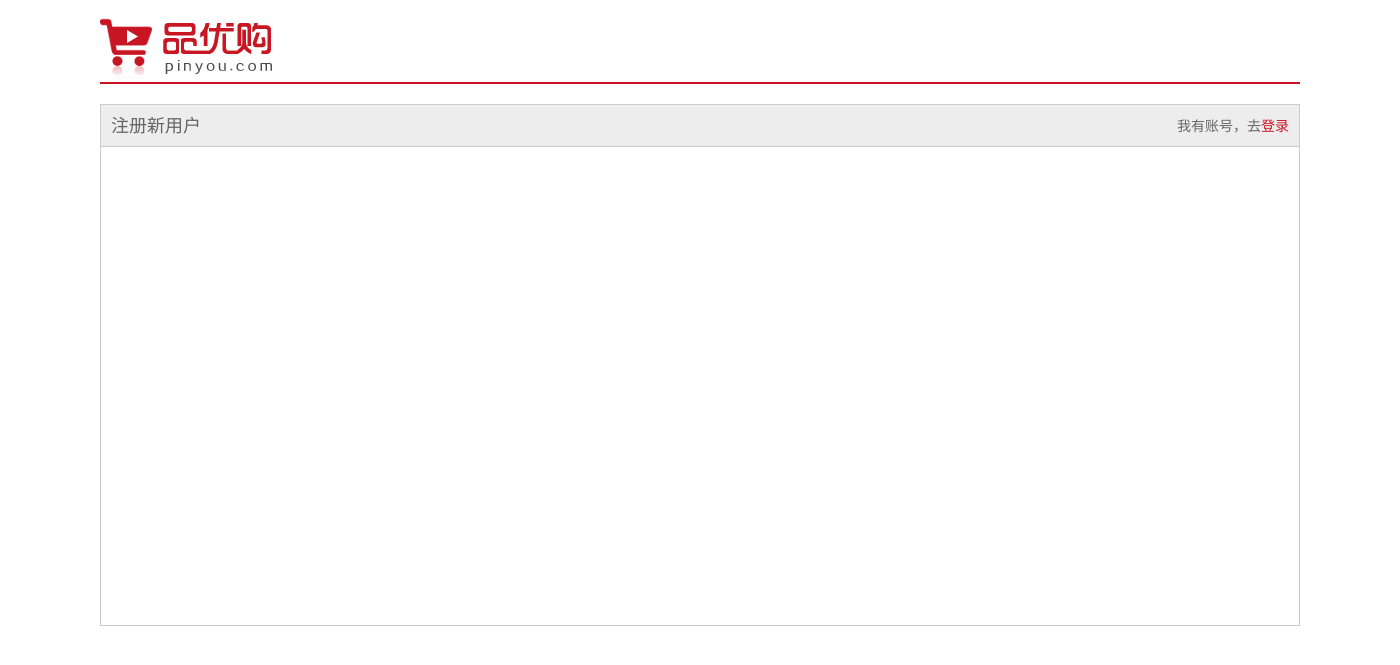
Repository: ywq0312/PinYouGou
Page: register.html
These files come from the project's save history. The page is drawn as it stood at one moment and after the next save; the edit follows.
The browser window is 1280 px wide. The page is 1400 px wide, so the pictures cover 1400 px, including what lies to the right of the window. The pictures show the whole page.

Above is the page before, as saved 2021-06-28 13:35:32.

After the next save:
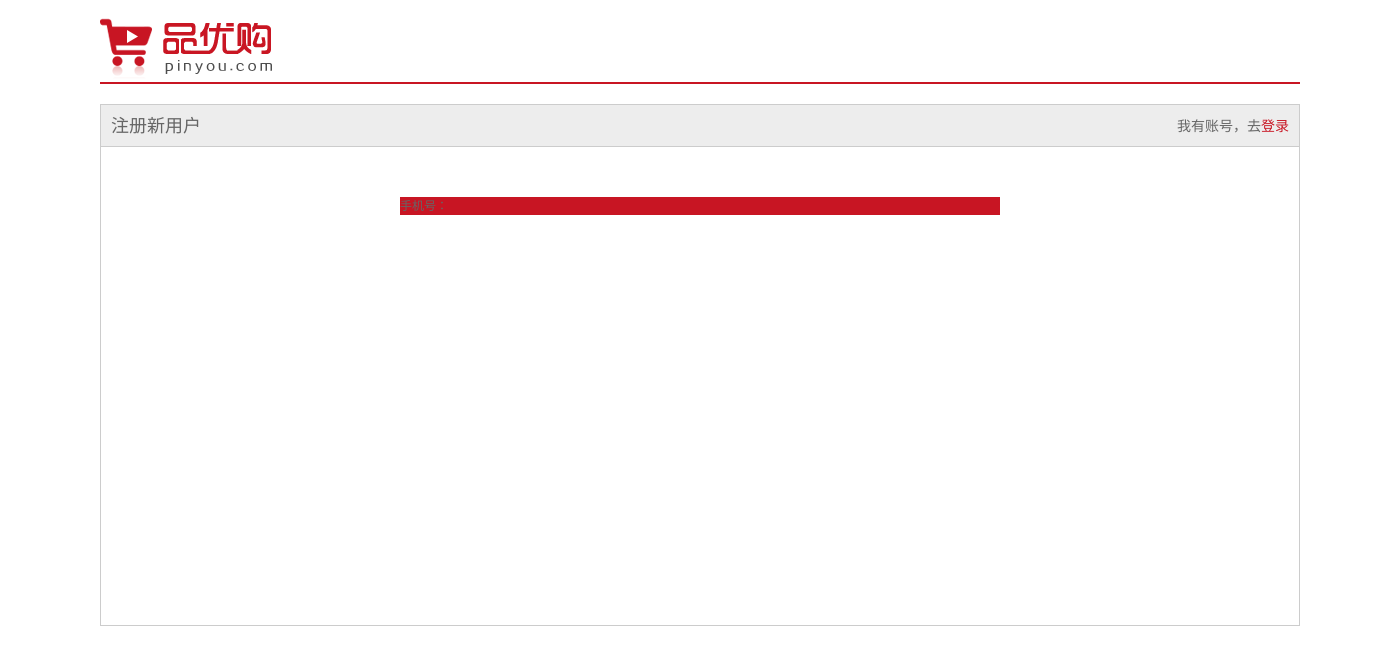
Saved 8 s later.
--- a/register.html
+++ b/register.html
@@ -25,7 +25,7 @@
             </h3>
             <div class="reg-form">
                 <ul>
-                    <li><label for=""></label></li>
+                    <li><label for="">手机号：</label></li>
                 </ul>
             </div>
         </div>
